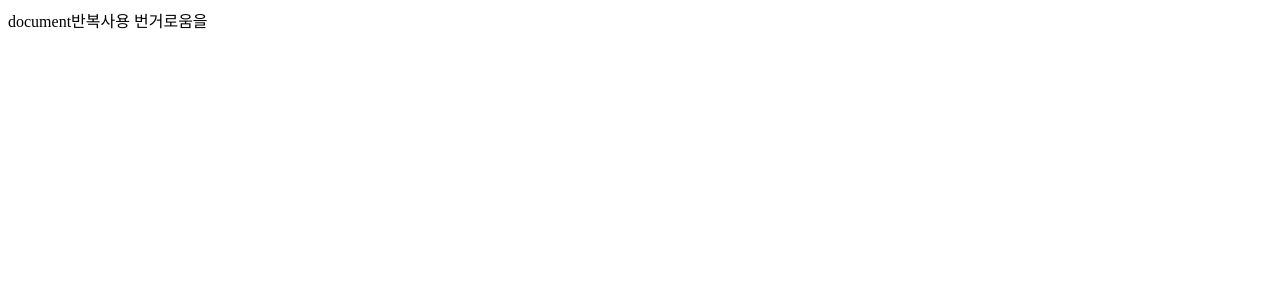
Repository: kisunssong/jsp
Page: http://localhost/test/day2.jsp
An editor plug-in stored every save of this project. The page is shown before and after the next save, followed by the edit.
The browser window is 1280 px wide. The pictures show the whole page.
The page is served by Tomcat 9.

Above is the page before, as saved 2020-11-04 14:19:11.
Console error: ReferenceError: br is not defined

### test/WebContent/day2.jsp
<%@ page language="java" contentType="text/html; charset=EUC-KR"
    pageEncoding="EUC-KR"%>
<html>
<head>
<body>
<script language="javascript">
with(document) {
	write("document반복사용 번거로움을")<br>
	write("줄여주었습니다.")<br>
	write("with(document){}하고 아래 write를 늘리세요")
}
</script>
</head>
</body>
</html>

After the next save:
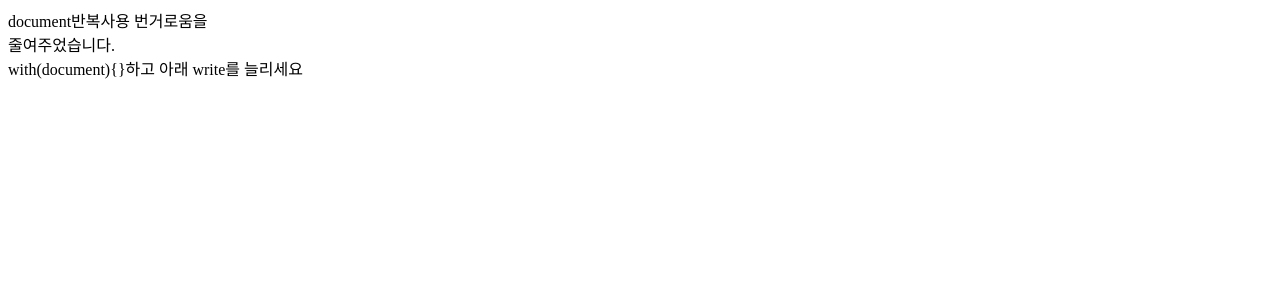
The error is gone.
Saved 20 s later.
--- a/test/WebContent/day2.jsp
+++ b/test/WebContent/day2.jsp
@@ -5,8 +5,8 @@
 <body>
 <script language="javascript">
 with(document) {
-	write("document반복사용 번거로움을")<br>
-	write("줄여주었습니다.")<br>
+	write("document반복사용 번거로움을"+"<br>")
+	write("줄여주었습니다."+"<br>")
 	write("with(document){}하고 아래 write를 늘리세요")
 }
 </script>
